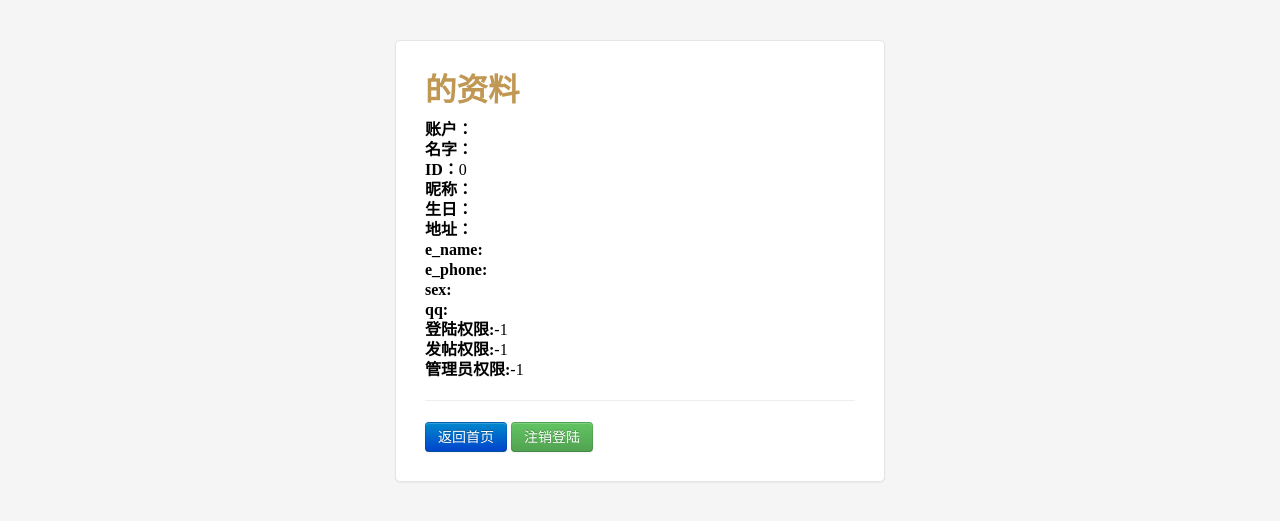
Repository: hbisheng/Academic-portal-website
Page: http://localhost/NewInfo/account/user_info.jsp
An editor plug-in stored every save of this project. The page is shown before and after a run of saves, followed by the edit.
The browser window is 1280 px wide. The pictures show the whole page.
The page is served by Tomcat 9. Other server files are loaded and not shown.

Above is the page before, as saved 2014-09-21 19:11:45.

### Java_info/NewInfo/WebContent/account/user_info.jsp
<%@page import="edu.thu.cs.*" %>
<%@page import="jdbc.JdbcDao"%>

<%@ page language="java" contentType="text/html; charset=UTF-8"
    pageEncoding="UTF-8"%>
<!DOCTYPE html PUBLIC "-//W3C//DTD HTML 4.01 Transitional//EN" "http://www.w3.org/TR/html4/loose.dtd">
<html lang="en">
<head>
<meta http-equiv="Content-Type" content="text/html; charset=UTF-8">

<link href="../bootstrap/css/bootstrap.css" rel="stylesheet">
<link href="../bootstrap/css/bootstrap-responsive.css" rel="stylesheet">
<style type="text/css">
      body {
        padding-top: 40px;
        padding-bottom: 40px;
        background-color: #f5f5f5;
      }
      .form-signin {
        max-width: 430px;
        padding: 19px 29px 29px;
        margin: 0 auto 20px;
        background-color: #fff;
        border: 1px solid #e5e5e5;
        -webkit-border-radius: 5px;
           -moz-border-radius: 5px;
                border-radius: 5px;
        -webkit-box-shadow: 0 1px 2px rgba(0,0,0,.05);
           -moz-box-shadow: 0 1px 2px rgba(0,0,0,.05);
                box-shadow: 0 1px 2px rgba(0,0,0,.05);
      }
      .form-signin .form-signin-heading,
      .form-signin .checkbox {
        margin-bottom: 10px;
      }
      .form-signin input[type="text"],
      .form-signin input[type="password"] {
        font-size: 16px;
        height: auto;
        margin-bottom: 15px;
        padding: 7px 9px;
      }
      a{
		text-decoration: none;
		color:blue;
		}
    </style>

<title>用户信息</title>
</head>
<body>

 <div class="container form-signin">
  <div class="row-fluid">
<%
	String nickname  = request.getParameter("user");
	String id_string = request.getParameter("id");
	System.out.println("In user_info: nickname "+nickname);
	System.out.println("In id_string: id "+id_string);

	String this_url = "user_info.jsp";
	JdbcDao jdbc = new JdbcDao();
	User who = new User();
	if(nickname != null)
	{
		who.id=0;
		who.nickname = nickname;
		who = jdbc.getUser(who);
		if(who==null)
			return;
	}
	else if(id_string != null)
	{
		who.id = Integer.parseInt(id_string);
		who = jdbc.getUser(who);
		if(who==null)
			return;
	}
%>

<%
	if(who != null){
		%><h2 class="form-signin-heading text-warning"><%=who.nickname%>的资料</h2><%
		%><font size = 3 face ="微软雅黑" color=black>
		<b>账户：</b><%=who.account %><br>
		<b>名字：</b><%=who.realname %><br>
		<b>ID：</b><%=who.id %><br>
		<b>昵称：</b><%=who.nickname %><br>
		<b>生日：</b><%=who.birth %><br>
		<b>地址：</b><%=who.address %><br>
		<b>e_name:</b><%=who.e_name %><br>
		<b>e_phone:</b><%=who.e_phone %><br>
		<b>sex:</b><%=who.sex %><br>
		<b>qq:</b> <% if(who.qq!=null&&!who.qq.equals("")){out.println(who.qq);}%><br>

		<b>登陆权限:</b><%=who.permit_login %><br>
		<b>发帖权限:</b><%=who.permit_post %><br>
		<b>管理员权限:</b><%=who.permit_admin %><br>
		<%
		User user = (User)session.getAttribute("user");
		if(user != null)
		{
			user = jdbc.getUser(user);
			session.setAttribute("user", user);

			if(user.id == who.id)
			{
				%><a href = "modify.jsp"><b>修改个人资料</b></a><%
			}
			else if(user.permit_admin > 0)
			{
				String not_login = this_url+"?id="+who.id+"&action=not_login";
				String yes_login = this_url+"?id="+who.id+"&action=yes_login";
				String not_post = this_url+"?id="+who.id+"&action=not_post";
				String yes_post = this_url+"?id="+who.id+"&action=yes_post";
				String not_admin = this_url+"?id="+who.id+"&action=not_admin";
				String yes_admin = this_url+"?id="+who.id+"&action=yes_admin";
				%><h4>管理员可以修改他人权限</h4>
				<a href = <%=not_login%>>禁止登陆</a>
				<a href = <%=yes_login%>>恢复登陆</a><br>
				<a href = <%=not_post %>>禁止发帖 </a>
				<a href = <%=yes_post %>>恢复发帖</a><br>
				<a href = <%=yes_admin %>>升级为管理员 </a>
				<a href = <%=not_admin %>>取消管理员 </a><%

				String action = null;
				action = request.getParameter("action");
				if(action != null)
				{
					User user_ = new User();
					user_.id = Integer.parseInt(request.getParameter("id"));
					System.out.println(user_.id);
					user_ = jdbc.getUser(user_);
					if(action.equals("not_login"))
						user_.permit_login = 0;
					else if(action.equals("yes_login"))
						user_.permit_login = 1;
					else if(action.equals("not_post"))
						user_.permit_post = 0;
					else if(action.equals("yes_post"))
						user_.permit_post = 1;
					else if(action.equals("yes_admin"))
						user_.permit_admin = 1;
					else if(action.equals("not_admin"))
						user_.permit_admin = 0;
					jdbc.updateUser(user_);

					if(nickname != null)
						response.sendRedirect(this_url+"?user="+nickname);
					else
						response.sendRedirect(this_url+"?id="+who.id);
				}
			}
		}
	}
%>
</font>

<hr>
<button class="btn btn-primary" ><a href="../home.jsp" style="color:white">返回首页</a></button>
<button class="btn btn-success" ><a href="../home.jsp?quit=yes" style="color:white">注销登陆</a></button>


</div>
</div>
</body>
</html>

### Java_info/NewInfo/src/edu/thu/cs/User.java
package edu.thu.cs;
import jdbc.*;

public class User {
	public int id=0;
	public String account="";
	public String password="";
	public String realname="";
	public String nickname="";
	public String sex="";
	public String birth="";
	public String phone="";
	public String e_name="";
	public String e_phone="";
	public String address="";
	public String qq="";
	public int verify=-1;
	public int permit_login=-1;
	public int permit_post=-1;
	public int permit_admin=-1;

	public boolean isValid()
	{
		if((account == null)||(password==null)||(realname==null)||(nickname==null)
				||(sex==null)||(birth==null)||(phone==null)||(e_name==null)||(e_phone==null)
				||(address==null))
		{
			return false;
		}

		return ( !(account.equals(""))&&!(password.equals(""))&&!(realname.equals(""))
				&&!(nickname.equals(""))&&(!sex.equals(""))&&!(birth.equals(""))&&!(phone.equals(""))
				&&!(e_name.equals(""))&&!(e_phone.equals(""))&&!(address.equals(""))&&!(permit_login==-1)
				&&!(permit_post==-1)&&!(permit_admin==-1)&&!(verify==-1));
	}
	public int isOld()
	{
		JdbcDao jdbc = new JdbcDao();
		User user = new User();
		user.id=0;
		user.account = account;
		user = jdbc.getUser(user);
		if(user != null)
			return 1;//user
		User user2 = new User();
		user2.id=0;
		user2.account = null;
		user2.nickname = nickname;
		user2 = jdbc.getUser(user2);
		if(user2 != null)
			return 2;//nickname
		return 0;
	}
}

Loaded but not shown: Java_info/NewInfo/WebContent/bootstrap/css/bootstrap.css (library); Java_info/NewInfo/WebContent/bootstrap/css/bootstrap-responsive.css (library); Java_info/NewInfo/src/jdbc/JdbcDao.java (883 lines, source omitted)

After the next 2 saves:
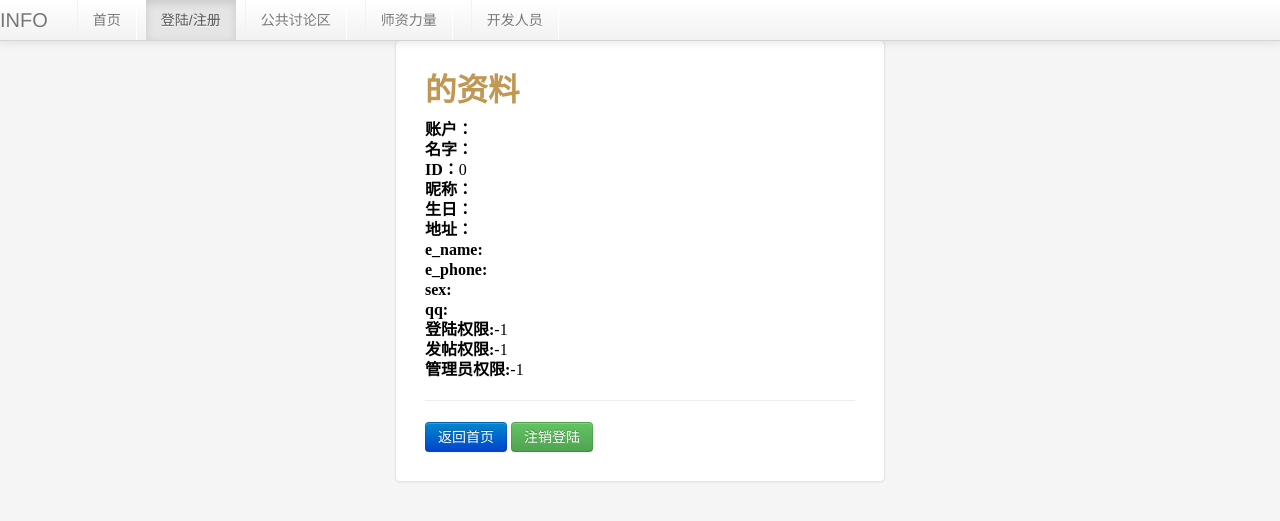
The 2 saves are shown as one change because they came seconds apart.
The last was saved 15 min 18 s later.
--- a/Java_info/NewInfo/WebContent/account/user_info.jsp
+++ b/Java_info/NewInfo/WebContent/account/user_info.jsp
@@ -45,6 +45,40 @@
 		color:blue;
 		}
     </style>
+
+<div class="navbar nav-pills navbar-fixed-top">
+  <div class="navbar-inner">
+    <a class="brand" href="#">INFO</a>
+    <ul class="nav">
+      <li class="divider-vertical"><a href="../home.jsp">首页</a></li>
+      <%
+      	User user_tmp = (User)session.getAttribute("user");
+      	if(user_tmp == null)
+      	{
+      		%><li class="active" font face = "微软雅黑"><a href="../account/login.jsp">登陆/注册</a></li> <%
+      	}
+      	else
+      	{
+      		String url = "account/user_info.jsp?id="+user_tmp.id;
+      		%><li class="divider-vertical" font face = "微软雅黑"><a href=<%=url%>><%=user_tmp.nickname%></a></li> <%
+      	}
+
+      %><li class="divider-vertical"><a href="../discussion/index.jsp">公共讨论区</a></li><%
+
+      if(user_tmp != null)
+      {
+	      	%><li class="divider-vertical"><a href="../course/index.jsp">网络学堂</a></li>
+	      	<li class="divider-vertical"><a href="../notice/index.jsp">教务公告</a></li>
+	      	<li class="divider-vertical"><a href="../media/index.jsp">外部资源</a></li><%
+      }
+
+      %><li class="divider-vertical"><a href="../intro.jsp">师资力量</a></li>
+      <li class="divider-vertical"><a href="../author.jsp">开发人员</a></li>
+    </ul>
+  </div>
+</div>
+
+
 
 <title>用户信息</title>
 </head>
